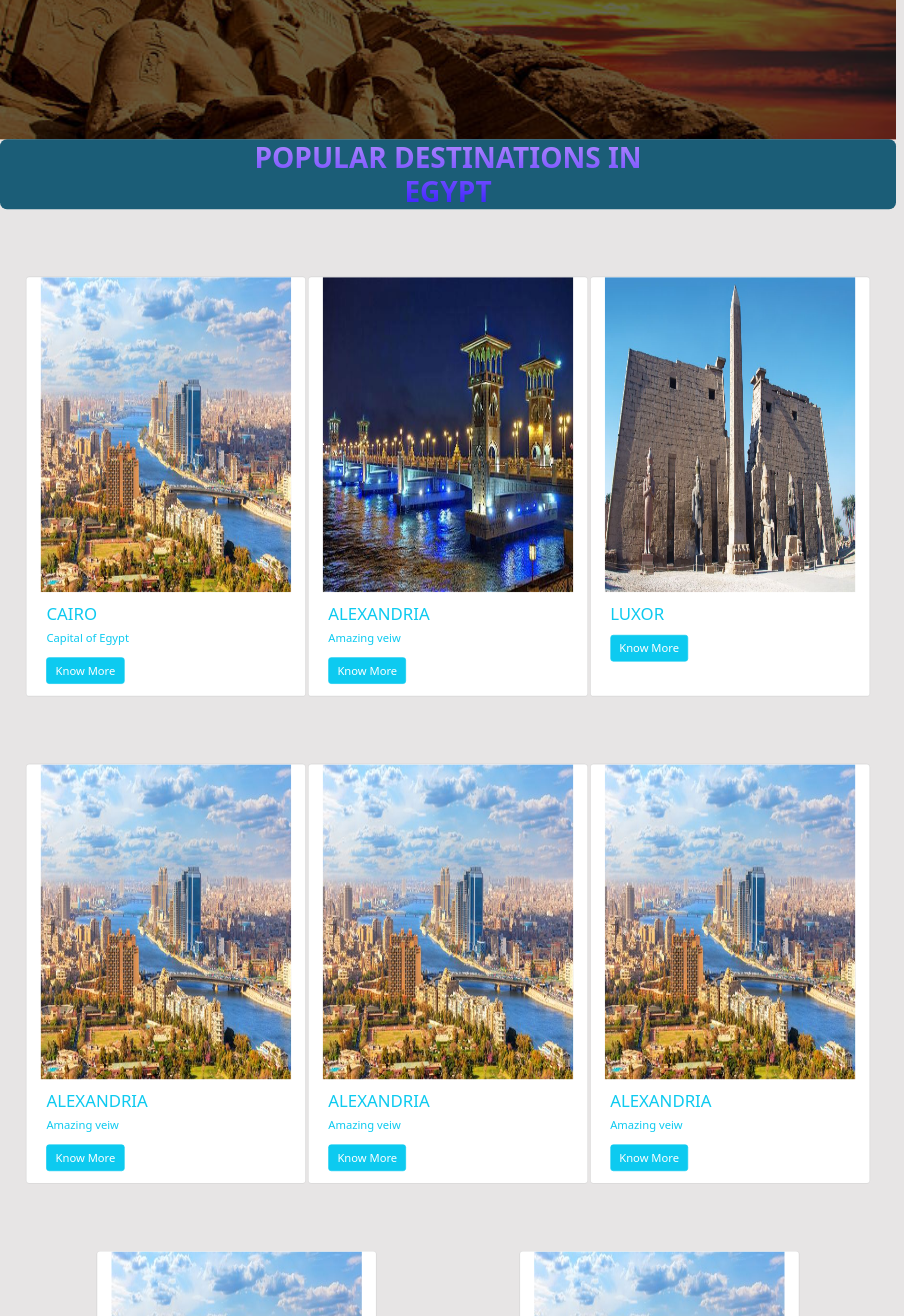
Repository: Ahmed123rezk123/P-temp
Page: index.html
The author's editor kept a copy of each file at every save. The page is drawn from the files as they stood at one save, then again after a run of saves.
The browser window is 1280 px wide. The page is 1292 px wide, so the pictures cover 1292 px, including what lies to the right of the window. The pictures show the part of the page from y = 3250 to 5130 px (the page is 5685 px tall), at 70% of full size.
Backgrounds fixed to the window are drawn as part of the page.

Above is the page before, as saved 2024-02-18 11:41:01.

### index.html
<!DOCTYPE html>
<html lang="en">
  <head>
    <meta charset="UTF-8" />
    <meta name="viewport" content="width=device-width, initial-scale=1.0" />
    <title>Document</title>
    <link rel="stylesheet" href="CSS/all.css" />
    <link
    href="https://cdn.jsdelivr.net/npm/bootstrap@5.1.3/dist/css/bootstrap.min.css"
    rel="stylesheet"
    integrity="sha384-1BmE4kWBq78iYhFldvKuhfTAU6auU8tT94WrHftjDbrCEXSU1oBoqyl2QvZ6jIW3"
    crossorigin="anonymous"
    />
    <link rel="stylesheet" href="CSS/style.css" />
  </head>
  <body>
    <nav class="navbar navbar-expand-lg bg-light sticky-top opacity-75">
      <div class="container-fluid">
        <a class="navbar-brand egypt p-lg-3" href="#">
          <img
            src="images/e2533023876439.5632a45cc17d8.jpg"
            class="img-fluid logo mb-2"
            alt=""
          />
          EGYPT
        </a>
        <button
          class="navbar-toggler"
          type="button"
          data-bs-toggle="collapse"
          data-bs-target="#navbarSupportedContent"
          aria-controls="navbarSupportedContent"
          aria-expanded="false"
          aria-label="Toggle navigation"
        >
          <i class="fas fa-bars"></i>
        </button>
        <div class="collapse navbar-collapse" id="navbarSupportedContent">
          <ul class="navbar-nav me-auto mb-2 mb-lg-0">
            <li class="nav-item">
              <a
                class="nav-link active text-info p-lg-2"
                aria-current="page"
                href="#"
                >Home</a
              >
            </li>
            <li class="nav-item">
              <a class="nav-link text-info p-lg-2" href="#">Link</a>
            </li>
            <li class="nav-item dropdown">
              <a
                class="nav-link dropdown-toggle text-info border rounded border-info border-2 trips p-lg-2"
                href="#"
                id="navbarDropdown"
                role="button"
                data-bs-toggle="dropdown"
                aria-expanded="false"
              >
                Trips
              </a>
              <ul class="dropdown-menu" aria-labelledby="navbarDropdown">
                <li><a class="dropdown-item text-info" href="#">Cairo</a></li>
                <li><a class="dropdown-item text-info" href="#">Alex</a></li>
                <li><hr class="dropdown-divider text-info" /></li>
                <li><a class="dropdown-item text-info" href="#">Aswan</a></li>
                <li><a class="dropdown-item text-info" href="#">Luxor</a></li>
                <li>
                  <a class="dropdown-item text-info" href="#">Sharm Elsaikh</a>
                </li>
                <li>
                  <a class="dropdown-item text-info" href="#">El Glala</a>
                </li>
                <li>
                  <a class="dropdown-item text-info" href="#">More ...</a>
                </li>
              </ul>
            </li>
            <li class="nav-item">
              <a class="nav-link disabled text-info p-lg-2">About</a>
            </li>
          </ul>
          <form class="d-flex">
            <input
              class="form-control border-info me-2"
              type="search"
              placeholder="Search"
              aria-label="Search"
            />
            <button class="btn btn-info me-2 text-light" type="submit">
              Search
            </button>
            <button type="button" class="btn btn-info text-light"  data-bs-toggle="modal" data-bs-target="#exampleModal">
              Login
            </button>

          </form>
        </div>
      </div>
    </nav>
    <!-- start model -->
    <div
    class="modal fade"
    id="exampleModal"
    tabindex="-1"
    aria-labelledby="exampleModalLabel"
    aria-hidden="true"
  >
    <div class="modal-dialog">
      <div class="modal-content">
        <div class="modal-header bg-info">
          <h5 class="modal-title   text-white " id="exampleModalLabel">
            Login
          </h5>
          <button
            type="button"
            class="btn-close bg-light"
            data-bs-dismiss="modal"
            aria-label="Close"
          ></button>
        </div>
        <div class="modal-body text-info">
          <form>
            <div class="mb-3">
              <label for="exampleInputEmail1" class="form-label">Email address</label>
              <input type="email" class="form-control  border border-info" id="exampleInputEmail1" aria-describedby="emailHelp">
              <div id="emailHelp" class="form-text">We'll never share your email with anyone else.</div>
            </div>
            <div class="mb-3">
              <label for="exampleInputPassword1" class="form-label">Password</label>
              <input type="password" class="form-control border border-info" id="exampleInputPassword1">
            </div>
            <div class="form-check form-switch   ">
              <input class="form-check-input bg-info" type="checkbox" role="switch" id="flexSwitchCheckChecked" checked>
              <label class="form-check-label " for="flexSwitchCheckChecked">Remmember me</label>
            </div>
          </form>
        </div>

        <div class="modal-footer">
            <button type="button" class="btn btn-info text-white">Login</button>
          <button type="button" class="btn btn-info text-white"  data-bs-dismiss="modal"  aria-label="Close">
            Close
          </button>

        </div>
      </div>

    </div>
  </div>
  <!-- end model -->

<!--  Section 1-->
<ul class="links">
  <li><a href="#"><i class="fab fa-facebook-square"></i></a></li>
  <li><a href="#"><i class="fab fa-whatsapp-square"></i></a></li>
  <li><a href="#"><i class="fab fa-twitter-square"></i></a></li>
  <li><a href="#"><i class="fab fa-linkedin"></i></a></li>
  <li><a href="#"><i class="fab fa-instagram-square"></i></a></li>
</ul>
<div id="carouselExampleCaptions" class="carousel carousel-white slide" data-bs-ride="carousel">
  <div class="carousel-indicators">
    <button type="button" data-bs-target="#carouselExampleCaptions" data-bs-slide-to="0" class="active" aria-current="true" aria-label="Slide 1"></button>
    <button type="button" data-bs-target="#carouselExampleCaptions" data-bs-slide-to="1" aria-label="Slide 2"></button>
    <button type="button" data-bs-target="#carouselExampleCaptions" data-bs-slide-to="2" aria-label="Slide 3"></button>
    <button type="button" data-bs-target="#carouselExampleCaptions" data-bs-slide-to="3" aria-label="Slide 4"></button>
    <button type="button" data-bs-target="#carouselExampleCaptions" data-bs-slide-to="4" aria-label="Slide 5"></button>
    <button type="button" data-bs-target="#carouselExampleCaptions" data-bs-slide-to="5" aria-label="Slide 6"></button>
  </div>
  <div class="carousel-inner">
    <div class="carousel-item active" data-bs-interval="10000">
      <img src="images/cairo.jpg" class="" alt="...">

      <div class="carousel-caption d-none d-md-block content">
        <h1 class="text-white">CAIRO</h1>
        <p class="text-white">We had such a great time in Egypt</p>
        <button type="button" class="btn btn-info text-white">Visit Us</button>
      </div>

    </div>
    <div class="carousel-item" data-bs-interval="2000">
      <img src="images/Alex.jpg" class="" alt="...">
      <div class="carousel-caption d-none d-md-block content">
        <h1 class="text-white">ALEX</h1>
        <p class="text-white">Alex is great</p>
        <button type="button" class="btn btn-info text-white">Visit Us</button>
      </div>
    </div>
    <div class="carousel-item">
      <img src="images/sharm.jpg" class="" alt="...">
      <div class="carousel-caption d-none d-md-block content">
        <h1 class="text-white">Sharm Elshekh</h1>
        <p class="text-white">Sharm is beautiful</p>
        <button type="button" class="btn btn-info text-white">Visit Us</button>
      </div>
    </div>
    <div class="carousel-item">
      <img src="images/glala.jpg" class="" alt="...">
      <div class="carousel-caption d-none d-md-block col-sm-12 content">
        <h1 class="text-white">El Glala</h1>
        <p class="text-white">I love El Glala</p>
        <button type="button" class="btn btn-info text-white">Visit Us</button>
      </div>
    </div>
    <div class="carousel-item">
      <img src="images/aswan.jpg" class="" alt="...">
      <div class="carousel-caption d-none d-md-block content">
        <h1 class="text-white">Aswan</h1>
        <p class="text-white">I want Visit Aswan</p>
        <button type="button" class="btn btn-info text-white">Visit Us</button>
      </div>
    </div>
    <div class="carousel-item">
      <img src="images/الأقصر-2.jpg" class="" alt="...">
      <div class="carousel-caption d-none d-md-block content">
        <h1 class="text-white">Luxor</h1>
        <p class="text-white">I love this city</p>
        <button type="button" class="btn btn-info text-white">Visit Us</button>
      </div>
    </div>
  </div>
  <button class="carousel-control-prev" type="button" data-bs-target="#carouselExampleCaptions" data-bs-slide="prev">
    <span class="carousel-control-prev-icon text-white" aria-hidden="true"></span>
    <span class="visually-hidden">Previous</span>
  </button>
  <button class="carousel-control-next" type="button" data-bs-target="#carouselExampleCaptions" data-bs-slide="next">
    <span class="carousel-control-next-icon" aria-hidden="true"></span>
    <span class="visually-hidden">Next</span>
  </button>
</div>
<!-- Start section 2 -->
<div class="section2 mb-3 ">
  <div class="content p-4">
    <h2>WELCOME</h2>
    <p>Lorem ipsum, dolor sit amet consectetur adipisicing elit. Nihil provident ullam dolores distinctio maxime nesciunt fugit atque, cumque perspiciatis error vero tempore minus maiores molestiae et rerum voluptatum debitis! Dolorum.</p>
    <button class="btn btn-light text-info">Learn more</button>
  </div>
</div>
<hr>
<!-- End section 2 -->

<!-- start section 3 -->
<div class="section3 mb-3 ">
  <h1>Popular destinations in Egypt</h1>
</div>
<!-- End section 3 -->

<!-- Start section 4 -->
<div id="accordion">

  <div class="card">
    <div class="card-header">
      <a class="btn" data-bs-toggle="collapse" href="#collapseOne">
        GIZA CITY
      </a>
    </div>
    <div id="collapseOne" class="collapse show" data-bs-parent="#accordion">
      <div class="card-body bg-light">
        Lorem ipsum dolor sit, amet consectetur adipisicing elit. Provident possimus earum dolorem quasi ipsum mollitia amet laborum rem soluta.
      </div>
    </div>
  </div>

  <div class="card">
    <div class="card-header card-head">
      <a class="collapsed btn" data-bs-toggle="collapse" href="#collapseTwo">
       LUXOR CITY
      </a>
    </div>
    <div id="collapseTwo" class="collapse" data-bs-parent="#accordion">
      <div class="card-body">
        Lorem ipsum dolor sit, amet consectetur adipisicing elit. Provident possimus earum dolorem quasi ipsum mollitia amet laborum rem soluta.
      </div>
    </div>
  </div>

  <div class="card">
    <div class="card-header card-head">
      <a class="collapsed btn" data-bs-toggle="collapse" href="#collapseThree">
      SHARM ElSAIKH
      </a>
    </div>
    <div id="collapseThree" class="collapse" data-bs-parent="#accordion">
      <div class="card-body">
        Lorem ipsum dolor sit, amet consectetur adipisicing elit. Provident possimus earum dolorem quasi ipsum mollitia amet laborum rem soluta.
      </div>
    </div>
  </div>
</div>
<hr>
<!-- End Section 4 -->


<!-- Start section 5 -->
<div class="section5 ">
  <h1>Translate From Arabic To English</h1>
</div>
<!-- End section 5 -->


<!-- start section 6 -->
  <div class="section6">
    <div class="content">
      <p class="text-white">Write and Translate <button>Press Here</button></p>
      <button type="button" class="btn  text-info bg-white mb-3" data-bs-toggle="tooltip" data-bs-placement="right-bottom" title="Copy to Clipboard"  data-bs-toggle="popover" title="Popover Header" data-bs-content="Some content inside the popover">Copy</button>
      <div class="form-floating">
        <textarea class="form-control" placeholder="translate:" id="floatingTextarea" style="height: 200px"></textarea>
        <label for="floatingTextarea">Translate:</label>
      </div>
    </div>
  </div>
  <hr>
<!-- End section 6 -->
<!-- Start Section 7 -->
<div class="section7 ">
  <h1>Translate From Arabic To French</h1>
</div>
<!-- End Section 7 -->

<!-- start section 8 -->
<div class="section8">
  <div class="content">
    <p class="text-white">Write and Translate <button>Press Here</button></p>
    <button class="btn  text-info bg-white mb-3">Copy</button>
    <div class="form-floating">
      <textarea class="form-control" placeholder="translate:" id="floatingTextarea" style="height: 200px"></textarea>
      <label for="floatingTextarea">Translate:</label>
    </div>
  </div>
</div>
<hr>
<!-- End section 8 -->


<!-- Start Section 9 -->
<div class="section7 ">
  <h1>Translate From Arabic To German</h1>
</div>
<!-- End Section 9 -->

<!-- start section 10 -->
<div class="section8">
  <div class="content">
    <p class="text-white">Write and Translate <button>Press Here</button></p>
    <button class="btn  text-info bg-white mb-3">Copy</button>
    <div class="form-floating">
      <textarea class="form-control" placeholder="translate:" id="floatingTextarea" style="height: 200px"></textarea>
      <label for="floatingTextarea">Translate:</label>
    </div>
  </div>
</div>
<hr>
<!-- End section 10 -->
<!-- Start Section 11 -->
<div class="section11 ">
<div class="overlay">
 <div class="image">
 </div>
</div>
 </div>
<!-- End Section 11 -->
  <!-- Start Section 12 -->
  <div class="section12 text-center mb-5">
    <h1>Popular destinations in Egypt</h1>
  </div>
  <!-- End section 12 -->

  <!-- Start Section 13 -->
    <div class="section13 ">
      <div class="row  d-flex justify-content-around p-5">
      <div class="col-sm-4 card rounded-3" style="width:400px; height: 600px;">
        <img class="card-img-top rounded-top img-fluid ps-2 pe-2 " style="height: 450px;" src="images/cairo-city-egypt-2020(visit).jpg" alt="Card image">
        <div class="card-body">
          <h4 class="card-title text-info">CAIRO</h4>
          <p class="card-text text-info">Capital of Egypt</p>
          <a href="#" class=" btn btn-info text-white">Know More</a>
        </div>
      </div>

      <div class="col-sm-4 card rounded-3" style="width:400px; height: 600px;">
        <img class="card-img-top rounded-top img-fluid ps-2 pe-2 " style="height: 450px;" src="images/Alexandria-City(visit).jpg" alt="Card image">
        <div class="card-body">
          <h4 class="card-title text-info">ALEXANDRIA</h4>
          <p class="card-text text-info">Amazing veiw</p>
          <a href="#" class=" btn btn-info text-white">Know More</a>
        </div>
      </div>

      <div class="col-sm-4 card rounded-3" style="width:400px; height: 600px;">
        <img class="card-img-top rounded-top img-fluid ps-2 pe-2 " style="height: 450px;" src="images/visit1(luxor).jpg" alt="Card image">
        <div class="card-body">
          <h4 class="card-title text-info">LUXOR</h4>
          <p class="card-text text-info"></p>
          <a href="#" class=" btn btn-info text-white">Know More</a>
        </div>
      </div>
      </div>
      <div class="row d-flex justify-content-around p-5">
      <div class="col-sm-4 card rounded-3" style="width:400px; height: 600px;">
        <img class="card-img-top rounded-top img-fluid ps-2 pe-2 " style="height: 450px;" src="images/cairo-city-egypt-2020(visit).jpg" alt="Card image">
        <div class="card-body">
          <h4 class="card-title text-info">ALEXANDRIA</h4>
          <p class="card-text text-info">Amazing veiw</p>
          <a href="#" class=" btn btn-info text-white">Know More</a>
        </div>
      </div>

      <div class="col-sm-4 card rounded-3" style="width:400px; height: 600px;">
        <img class="card-img-top rounded-top img-fluid ps-2 pe-2 " style="height: 450px;" src="images/cairo-city-egypt-2020(visit).jpg" alt="Card image">
        <div class="card-body">
          <h4 class="card-title text-info">ALEXANDRIA</h4>
          <p class="card-text text-info">Amazing veiw</p>
          <a href="#" class=" btn btn-info text-white">Know More</a>
        </div>
      </div>

      <div class="col-sm-4 card rounded-3" style="width:400px; height: 600px;">
        <img class="card-img-top rounded-top img-fluid ps-2 pe-2 " style="height: 450px;" src="images/cairo-city-egypt-2020(visit).jpg" alt="Card image">
        <div class="card-body">
          <h4 class="card-title text-info">ALEXANDRIA</h4>
          <p class="card-text text-info">Amazing veiw</p>
          <a href="#" class=" btn btn-info text-white">Know More</a>
        </div>
      </div>
</div>
      <div class="row d-flex justify-content-around p-5">
      <div class=" col-sm-6 card rounded-3" style="width:400px; height: 600px;">
        <img class="card-img-top rounded-top img-fluid ps-2 pe-2 " style="height: 450px;" src="images/cairo-city-egypt-2020(visit).jpg" alt="Card image">
        <div class="card-body">
          <h4 class="card-title text-info">ALEXANDRIA</h4>
          <p class="card-text text-info">Amazing veiw</p>
              <a href="#" class=" btn btn-info text-white">Know More</a>
        </div>
      </div>

      <div class="col-sm-6 card rounded-3" style="width:400px; height: 600px;">
        <img class="card-img-top rounded-top img-fluid ps-2 pe-2 " style="height: 450px;" src="images/cairo-city-egypt-2020(visit).jpg" alt="Card image">
        <div class="card-body">
          <h4 class="card-title text-info">ALEXANDRIA</h4>
          <p class="card-text text-info">Amazing veiw</p>
              <a href="#" class=" btn btn-info text-white">Know More</a>
        </div>
      </div>
</div>
    </div>
  <!-- End Section 13 -->

  <script
      src="https://cdn.jsdelivr.net/npm/bootstrap@5.1.3/dist/js/bootstrap.bundle.min.js"
      integrity="sha384-ka7Sk0Gln4gmtz2MlQnikT1wXgYsOg+OMhuP+IlRH9sENBO0LRn5q+8nbTov4+1p"
      crossorigin="anonymous"
    >
//   var popoverTriggerList = [].slice.call(document.querySelectorAll('[data-bs-toggle="popover"]'))
// var popoverList = popoverTriggerList.map(function (popoverTriggerEl) {
//   return new bootstrap.Popover(popoverTriggerEl)
// })
  </script>
  </body>
</html>

Loaded but not shown: CSS/all.css (library); CSS/style.css (304 lines, source omitted)

After the next 3 saves:
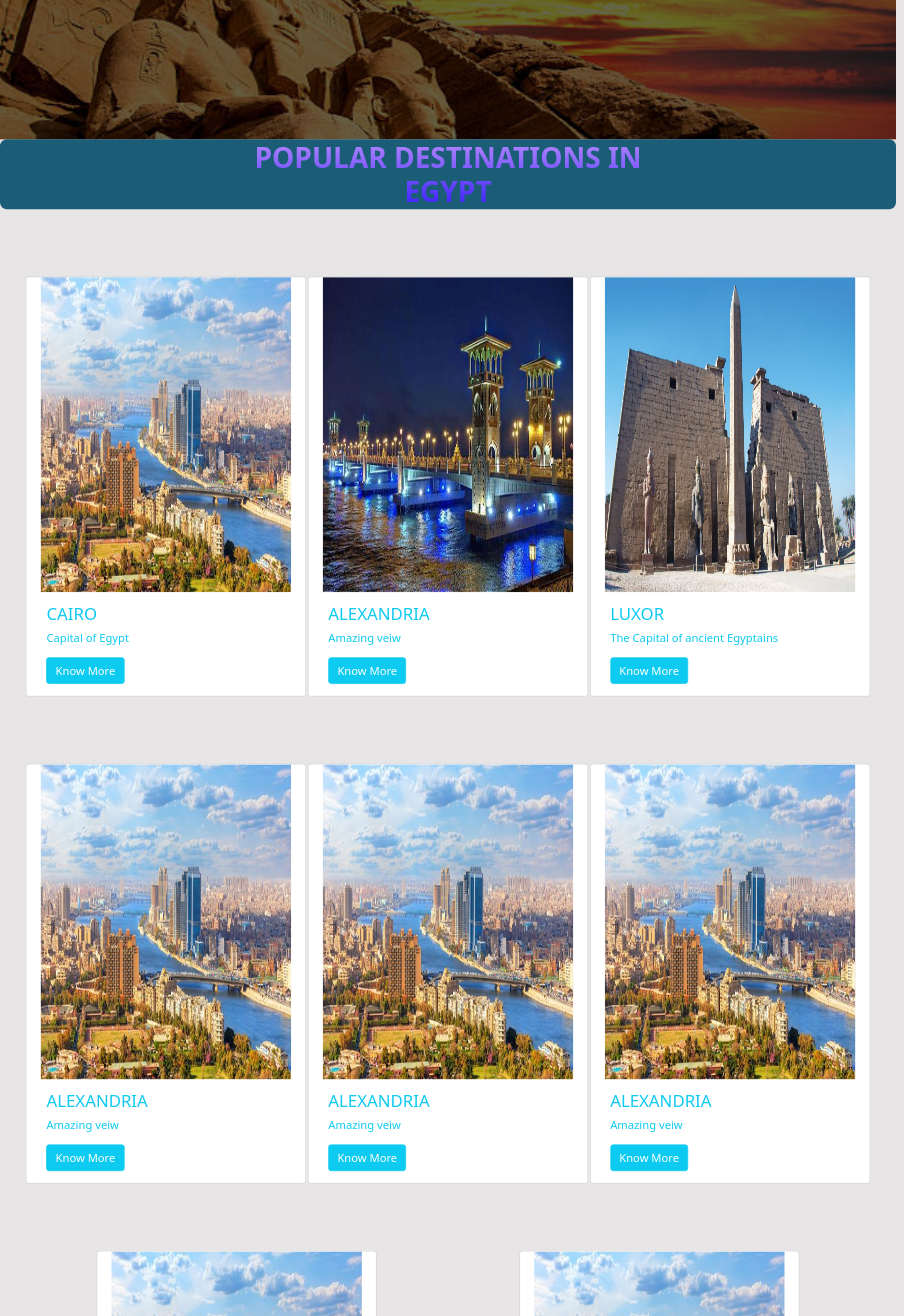
The 3 saves are shown as one change because they came seconds apart.
The last was saved 16 s later.
--- a/index.html
+++ b/index.html
@@ -390,7 +390,7 @@
         <img class="card-img-top rounded-top img-fluid ps-2 pe-2 " style="height: 450px;" src="images/visit1(luxor).jpg" alt="Card image">
         <div class="card-body">
           <h4 class="card-title text-info">LUXOR</h4>
-          <p class="card-text text-info"></p>
+          <p class="card-text text-info">The Capital of ancient Egyptains</p>
           <a href="#" class=" btn btn-info text-white">Know More</a>
         </div>
       </div>
